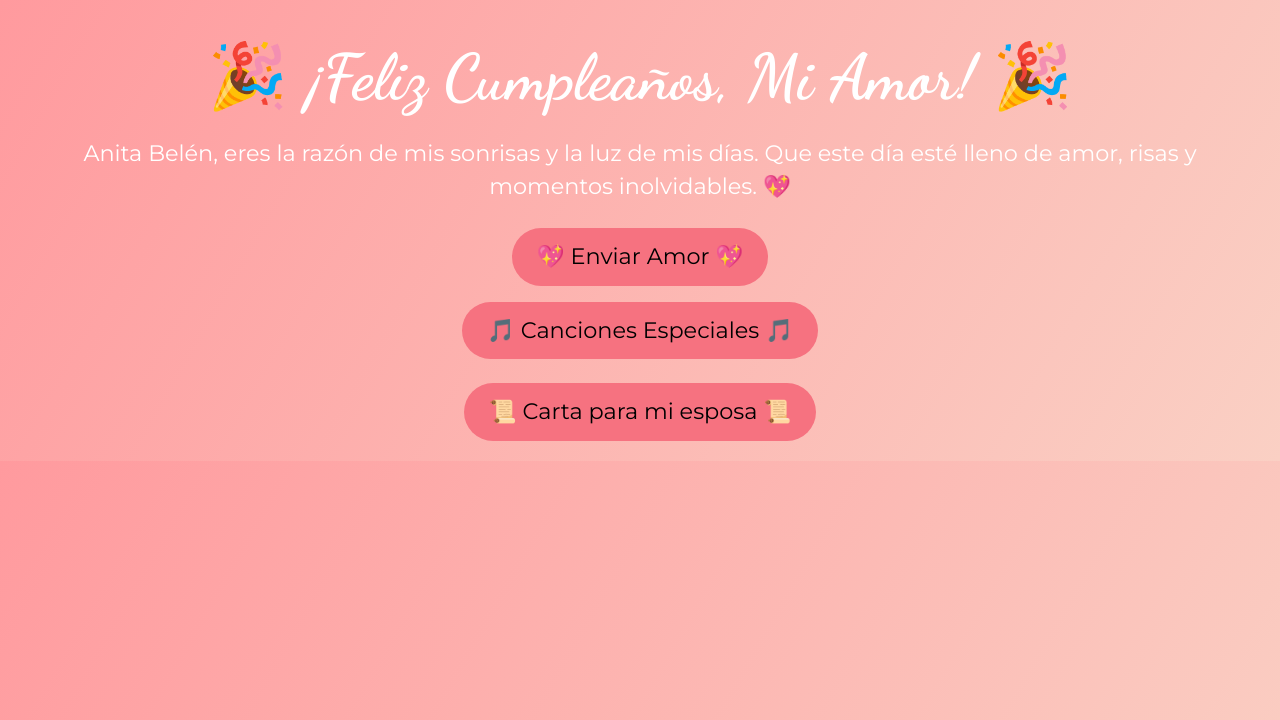
Repository: Jchimbo99/Esposa
Page: index.html
An editor plug-in stored every save of this project. The page is shown before and after the next save, followed by the edit.
The browser window is 1280 px wide. The pictures show the whole page.

Above is the page before, as saved 2025-01-24 10:09:34.

After the next save:
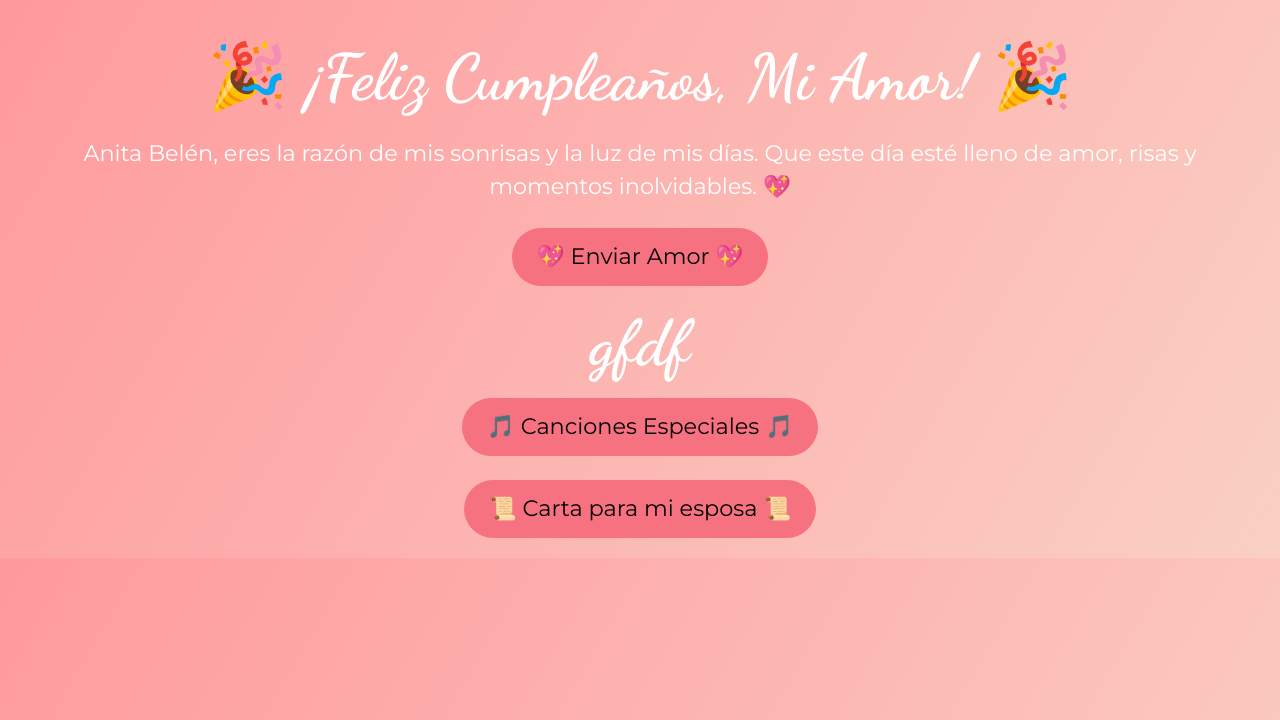
Saved 64 s later.
--- a/index.html
+++ b/index.html
@@ -107,6 +107,7 @@
         <div class="mt-4">
             <button class="btn btn-custom" onclick="generateHeartsAndPhrases()">💖 Enviar Amor 💖</button>
         </div>
+        <h1>gfdf</h1>
 
         <div class="mt-3">
             <button class="btn btn-custom" onclick="toggleVideos()">🎵 Canciones Especiales 🎵</button>

After the 2 saves that followed:
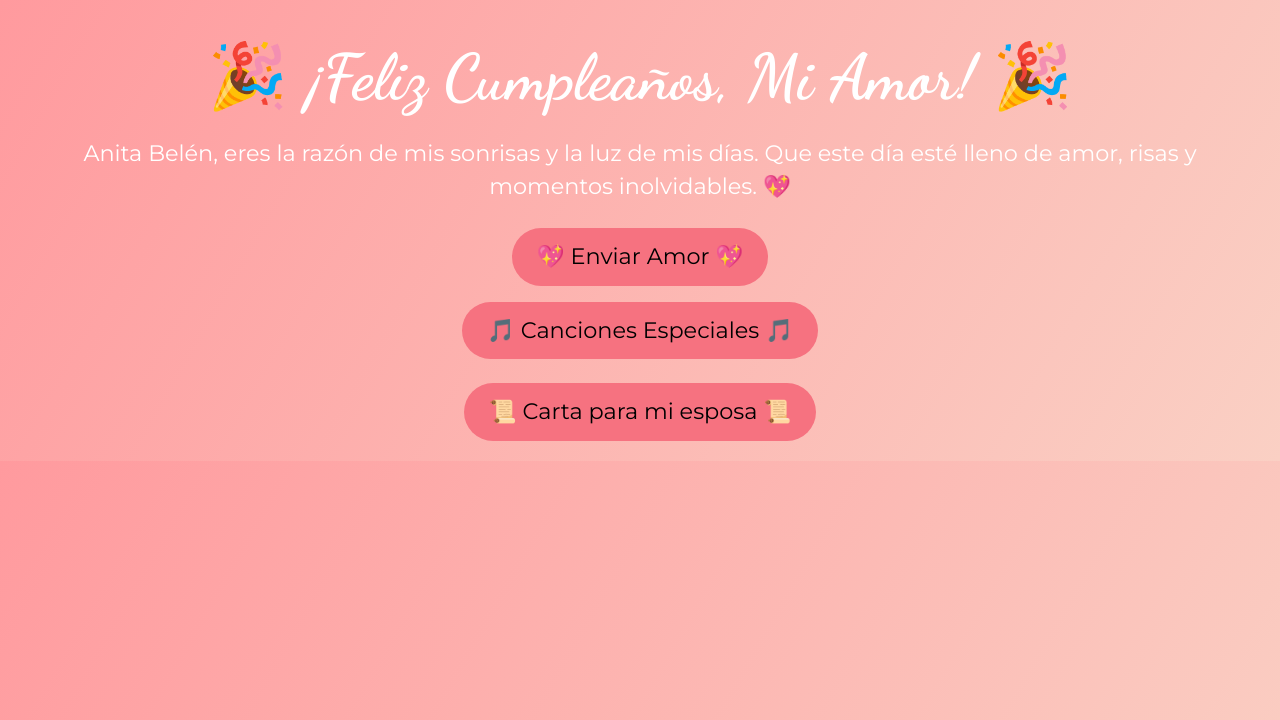
The 2 saves are shown as one change because they came seconds apart.
The last was saved 11 s later.
--- a/index.html
+++ b/index.html
@@ -107,7 +107,7 @@
         <div class="mt-4">
             <button class="btn btn-custom" onclick="generateHeartsAndPhrases()">💖 Enviar Amor 💖</button>
         </div>
-        <h1>gfdf</h1>
+
 
         <div class="mt-3">
             <button class="btn btn-custom" onclick="toggleVideos()">🎵 Canciones Especiales 🎵</button>
